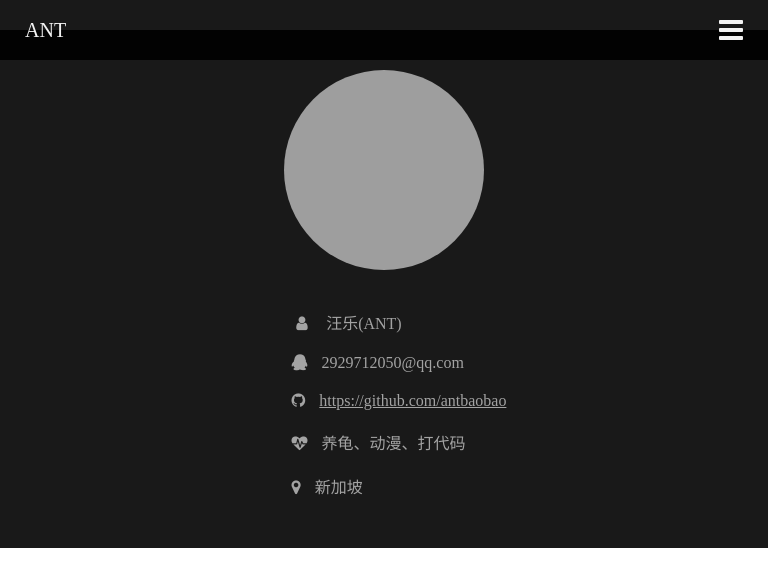
Repository: wl05/AntVueBlogFront
Page: /#/about
An editor plug-in stored every save of this project. The page is shown before and after the next save, followed by the edit.
The browser window is 768 px wide. The pictures show the whole page.
Pictures or frames that could not be fetched are drawn as grey boxes. The project was rebuilt for these pictures with package versions that can differ from the ones it lists, and the page was loaded fresh each time. Also part of the build but not shown: src/layout/Sider.vue, src/layout/Footer.vue.

Above is the page before, as saved 2018-11-24 13:45:29.

### index.html
<!DOCTYPE html>
<html>

<head>
    <meta charset="utf-8">
    <meta name="viewport" content="width=device-width,initial-scale=1.0">
    <title>Ant blog</title>
    <link rel="stylesheet" type="text/css" href="./static/particles.css">
</head>

<body>
    <div id="app">
        <!-- particles.js container -->
    </div>
    <!-- <div id="particles-js"> -->
    </div>
    <!-- built files will be auto injected -->
</body>
<!--<script src="https://unpkg.com/headroom.js"></script>-->
<script src="https://cdn.jsdelivr.net/npm/particles.js@2.0.0/particles.min.js"></script>
<script>
    // window.onload = function() {
    //     particlesJS('particles-js', {
    //         "particles": {
    //             "number": {
    //                 "value": 160,
    //                 "density": {
    //                     "enable": true,
    //                     "value_area": 800
    //                 }
    //             },
    //             "color": {
    //                 "value": "#222222"
    //             },
    //             "shape": {
    //                 "type": "circle",
    //                 "stroke": {
    //                     "width": 0,
    //                     "color": "#000000"
    //                 },
    //                 "polygon": {
    //                     "nb_sides": 5
    //                 },
    //                 "image": {
    //                     "src": "img/github.svg",
    //                     "width": 100,
    //                     "height": 100
    //                 }
    //             },
    //             "opacity": {
    //                 "value": 1,
    //                 "random": true,
    //                 "anim": {
    //                     "enable": true,
    //                     "speed": 1,
    //                     "opacity_min": 0,
    //                     "sync": false
    //                 }
    //             },
    //             "size": {
    //                 "value": 3,
    //                 "random": true,
    //                 "anim": {
    //                     "enable": false,
    //                     "speed": 4,
    //                     "size_min": 0.3,
    //                     "sync": false
    //                 }
    //             },
    //             "line_linked": {
    //                 "enable": false,
    //                 "distance": 150,
    //                 "color": "#222222",
    //                 "opacity": 0.4,
    //                 "width": 1
    //             },
    //             "move": {
    //                 "enable": true,
    //                 "speed": 1,
    //                 "direction": "none",
    //                 "random": true,
    //                 "straight": false,
    //                 "out_mode": "out",
    //                 "bounce": false,
    //                 "attract": {
    //                     "enable": false,
    //                     "rotateX": 600,
    //                     "rotateY": 600
    //                 }
    //             }
    //         },
    //         "interactivity": {
    //             "detect_on": "canvas",
    //             "events": {
    //                 "onhover": {
    //                     "enable": true,
    //                     "mode": "bubble"
    //                 },
    //                 "onclick": {
    //                     "enable": true,
    //                     "mode": "repulse"
    //                 },
    //                 "resize": true
    //             },
    //             "modes": {
    //                 "grab": {
    //                     "distance": 400,
    //                     "line_linked": {
    //                         "opacity": 1
    //                     }
    //                 },
    //                 "bubble": {
    //                     "distance": 250,
    //                     "size": 0,
    //                     "duration": 2,
    //                     "opacity": 0,
    //                     "speed": 3
    //                 },
    //                 "repulse": {
    //                     "distance": 400,
    //                     "duration": 0.4
    //                 },
    //                 "push": {
    //                     "particles_nb": 4
    //                 },
    //                 "remove": {
    //                     "particles_nb": 2
    //                 }
    //             }
    //         },
    //         "retina_detect": true
    //     })
    // }
</script>

</html>

### src/main.js
// The Vue build version to load with the `import` command
// (runtime-only or standalone) has been set in webpack.base.conf with an alias.
import Vue from 'vue'
import App from './App'
import router from './router'
import store from './store'
import ElementUI from 'element-ui'
import 'element-ui/lib/theme-chalk/index.css'
import 'font-awesome/scss/font-awesome.scss'
import './index.css'
Vue.use(ElementUI)
Vue.config.productionTip = false

/* eslint-disable no-new */
new Vue({
  el: '#app',
  router,
  store,
  components: { App },
  template: '<App/>'
})

### src/App.vue
<template>
    <div id="app">
        <Layout/>
    </div>
</template>

<script>
import Layout from '@/layout'
export default {
  name: 'App',
  components: {
    Layout
  }
}
</script>

<style>
#app {
  /*font-family: 'Avenir', Helvetica, Arial, sans-serif;*/
  /*-webkit-font-smoothing: antialiased;*/
  /*-moz-osx-font-smoothing: grayscale;*/
  /*text-align: center;*/
  /*color: #2c3e50;*/
  /*margin-top: 60px;*/
}
</style>

### src/router/index.js
import Vue from 'vue'
import Router from 'vue-router'

Vue.use(Router)
export default new Router({
  routes: [{
    path: '/',
    name: 'HelloWorld',
    component: () =>
                import('@/views/articles/list')
  },
  {
    path: '/article/detail/:id',
    name: 'Detail',
    component: () =>
                import('@/views/articles/detail')
  },
  {
    path: '/about',
    name: 'AboutMe',
    component: () =>
                import('@/views/about/about')
  },
  {
    path: '/tags',
    name: 'Tags',
    component: () =>
                import('@/views/tags/tags')
  },
  {
    path: '/tags/:id',
    name: 'TagsItem',
    component: () =>
                import('@/views/tags/tagsItem')
  },
  {
    path: '/categories',
    name: 'Categories',
    component: () =>
                import('@/views/categories/categories')
  },
  {
    path: '/categories/:id',
    name: 'CategoryItem',
    component: () =>
                import('@/views/categories/categoryItem')
  },
  {
    path: '/archives',
    name: 'Archives',
    component: () =>
                import('@/views/archives/archives')
  }

  ]
})

### src/store/index.js
import Vue from 'vue'
import Vuex from 'vuex'
import helloWorld from './modules/helloWorld'
import article from './modules/article'
Vue.use(Vuex)

export default new Vuex.Store({
    modules: {
        helloWorld,
        article
    }
})

### src/index.css
* {
    margin: 0;
    padding: 0;
    -webkit-font-smoothing: antialiased;
}

.el-pagination__total {
    color: rgba(255, 255, 255, 0.6);
}

.el-pagination button:disabled {
    background-color: transparent;
    color: rgba(255, 255, 255, 0.2);
}

.el-pagination button:disabled:hover {
    color: rgba(255, 255, 255, 0.2);
}

.el-pagination .btn-next, .el-pagination .btn-prev {
    background: transparent;
    color: rgba(255, 255, 255, 0.6);
}

.el-pagination .btn-next:hover, .el-pagination .btn-prev:hover {
    color: rgba(255, 255, 255, 0.9);;
}

.el-pager li {
    background: transparent;
    color: rgba(255, 255, 255, 0.6);
}

.el-pager li.active {
    color: rgba(255, 255, 255, 0.9);;
}

.el-pager li:hover {
    color: rgba(255, 255, 255, 0.9);;
}

@media screen and (max-width: 768px) {
    .el-dropdown-menu {
        width: 100% !important;
        left: 0 !important;
        border: none;
        background-color: rgba(0, 0, 0, 0.9);
        border-top: 2px solid white;
        top: 47px !important;
        border-top-left-radius: 0;
        border-top-right-radius: 0;
    }



    .el-dropdown-menu__item:focus, .el-dropdown-menu__item:not(.is-disabled):hover {
        color: inherit;
        background-color: rgba(255, 255, 255, 0.9);
    }
    .el-popper .popper__arrow::after{
        content: none;
    }

}

### src/layout/index.vue
<template>
    <div class="container" ref="particles">
        <el-container>
            <el-header id="header">
                <Header/>
            </el-header>
            <el-container ref="el-container" class="content-el-container">
                <el-main>
                    <div class="content-container">
                        <router-view/>
                    </div>
                </el-main>
                <!--<el-footer>-->
                <!--<Footer/>-->
                <!--</el-footer>-->
            </el-container>
        </el-container>
    </div>

</template>

<script>
import Header from './Header.vue'
import Sider from './Sider.vue'
import Footer from './Footer.vue'

export default {
  name: 'Layout',
  data () {
    return {
      headroom: null
    }
  },
  methods: {},

  components: {
    Header,
    Sider,
    Footer
  },
  mounted () {

  },
  beforeDestroy () {

  }
}
</script>
<style lang="scss" scoped rel="stylesheet/scss">
    .el-header {
        padding: 0;
        background: rgba(0, 0, 0, 0.9);
        width: 100%;
        position: fixed;
        z-index: 10000;
        color: rgba(0, 0, 0, 1);
        height: auto;

    }

    .container {
        /*background: url("../assets/background.jpg") no-repeat;*/
        // background-size: 100% 100%;
        // height: 100vh;
        // overflow: scroll
    }

    .content-container {
        margin: 0 auto;
    }

    .el-main {
        padding: 0;
    }

    .el-footer {
        background: rgba(0, 0, 0, 0.9);
    }

    .content-el-container {
        // margin-top: 45px;
    }

    @media screen and (max-width: 768px) {
        .content-el-container {
            // margin-top: 31px;
        }
    }
</style>

### src/views/about/about.vue
<template lang="html">
    <div class="about-container-wrap">
        <div class="about-container">
            <img
                class="about-item avatar"
                width="200"
                height="200"
                :src="avatarUrl"
            />
            <div class="about-item-container">
                <p class="about-item">
                    <span class="icon fa fa-fw fa-user"></span> 汪乐(ANT)
                </p>

                <p class="about-item">
                    <span class="icon fa fa-qq"></span> 2929712050@qq.com
                </p>
                <p class="about-item">
                    <span class="icon fa fa-github"></span> <a class="github-url" href="https://github.com/antbaobao">
                    https://github.com/antbaobao</a>
                </p>
                <p class="about-item">
                    <span class="icon fa fa-heartbeat"></span> 养龟、动漫、打代码
                </p>
                <p class="about-item">
                    <span class="icon fa fa-map-marker"></span> 新加坡
                </p>
            </div>

        </div>
    </div>

</template>

<script>
import avatarUrl from '@/assets/about.jpeg'

export default {
  components: {},
  data () {
    return {
      avatarUrl
    }
  },
  computed: {},
  mounted () {
  },
  methods: {}
}
</script>
<style rel="stylesheet/scss" lang="scss" scoped>
    .about-container-wrap {
        width: 100%;
        color: rgba(255, 255, 255, 0.6);
        .about-container {
            margin: 30px auto 0;
            background: rgba(0, 0, 0, 0.9);
            padding: 40px;
            border-radius: 5px;
            display: flex;
            flex-direction: row;
            max-width: 800px;
            justify-content: space-around;
            .about-item-container {
                display: flex;
                flex-direction: column;
                align-items: flex-start;
                padding-left: 30px;
                .about-item {
                    padding: 10px;
                    .icon {
                        margin-right: 10px;
                    }
                    .github-url {
                        color: rgba(255, 255, 255, 0.6);
                    }
                }
            }

            .avatar {
                border-radius: 100%;
            }
        }
    }

    @media screen and (max-width: 768px) {
        .about-container-wrap {
            .about-container {
                flex-direction: column;
                align-items: center;
                padding: 40px 10px;
                border-radius: 0;
                .about-item-container {
                    margin-top: 30px;
                }
            }
        }
    }
</style>

### src/store/modules/helloWorld.js
import * as types from '../types'

/**
 * App通用配置
 */
const state = {
    data: 'hello world',
    count1: 1,
    count2: 2
}

const actions = {
    // setLoadingState({commit}, status) {
    //     commit(types.COM_LOADING_STATUS, status)
    // },

}

const getters = {
    count: state => state.count1 + state.count2
        // showToast : state => state.showToast,
        // showAlert : state => state.showAlert
}
const mutations = {
    [types.HELLO_WORLD](state, status) {
        state.loading = status
    }
}
export default {
    state,
    actions,
    getters,
    mutations
}

### src/store/modules/article.js
import { fetchArticle } from '@/api/article'

const article = {
    namespaced: true,
    state: {
        // articleList: null,
        // count: 0
    },
    mutations: {
        // SET_ARTICLE_LIST: (state, articleList) => {
        //     state.articleList = articleList
        // },
        // SET_COUNT: (state, count) => {
        //     state.count = count
        // }
    },
    actions: {
        // // 获取用户信息
        // FetchArticle({ commit, state }, condition) {
        //     console.log(condition)
        //     return new Promise((resolve, reject) => {
        //         fetchArticle(condition).then(response => {
        //             const data = response.data
        //             if (data.code) {
        //                 reject(response)
        //             } else {
        //                 commit('SET_ARTICLE_LIST', data.data.article)
        //                 commit('SET_COUNT', data.data.count)
        //                 resolve(response)
        //             }
        //         }).catch(error => {
        //             reject(error)
        //         })
        //     })
        // }
    }
}

export default article

### src/layout/Header.vue
<template>
    <div class="header-container-wrap">
        <header class="header-container">
            <a
                class="blog-title-container"
                @click="$router.push('/')"
            >
                <span class="blog-title">
                    ANT
                    <!--<img class="logo-img" :src="logoImgUrl"/>-->
                </span>
            </a>

            <a class="native-bar">
                <el-dropdown trigger="click">
                    <span class="fa fa-bars"></span>
                    <el-dropdown-menu slot="dropdown">
                        <el-dropdown-item>
                            <a
                                @click="$router.push({path:'/categories'})"
                                class="menu-item-text"
                            >
                                <span class="fa fa-fw fa-th"></span>
                                分类
                            </a>
                        </el-dropdown-item>
                        <el-dropdown-item>
                            <a @click="$router.push({path:'/archives'})" class="menu-item-text">
                                <span class="fa fa-fw fa-archive"></span>
                                归档
                            </a>
                        </el-dropdown-item>
                        <el-dropdown-item>
                            <a @click="$router.push({path:'/tags'})" class="menu-item-text">
                                <span class="fa fa-fw fa-tags"></span>
                                标签
                            </a>
                        </el-dropdown-item>
                        <el-dropdown-item>
                            <a @click="$router.push({path:'/about'})" class="menu-item-text">
                                <span class="fa fa-fw fa-user"></span>
                                关于我
                            </a>
                        </el-dropdown-item>
                    </el-dropdown-menu>
                </el-dropdown>
            </a>

            <div class="menu-container">
                <el-menu
                    class="el-menu-demo"
                    mode="horizontal"
                    :default-active="index"
                    @select="handleSelect"

                >
                    <el-menu-item index="/categories">
                        <a class="menu-item-text">
                            <span class="fa fa-fw fa-th"></span>
                            分类
                        </a>
                    </el-menu-item>
                    <el-menu-item index="/archives">
                        <a class="menu-item-text">
                            <span class="fa fa-fw fa-archive"></span>
                            归档
                        </a>
                    </el-menu-item>
                    <el-menu-item index="/tags">
                        <a class="menu-item-text">
                            <span class="fa fa-fw fa-tags"></span>
                            标签
                        </a>
                    </el-menu-item>
                    <el-menu-item index="/about">
                        <a class="menu-item-text">
                            <span class="fa fa-fw fa-user"></span>
                            关于我
                        </a>
                    </el-menu-item>
                </el-menu>
            </div>
        </header>
    </div>

</template>

<script>
import logoImgUrl from '@/assets/logo.png'

export default {
  name: 'Header',
  data () {
    return {
      tabPosition: 'top',
      logoImgUrl,
      index: {...this.$router.history.current}.path
    }
  },
  mounted () {
    // console.log('this.$router.history', this.$router.history, '\n')
    console.log('this.$router.history.current.path', this.$router.history.current)
  },
  computed: {},
  methods: {
    handleSelect (key, keyPath) {
      this.$router.push({path: key})
    }
  }
}
</script>
<style lang="scss" scoped rel="stylesheet/scss">
    .header-container-wrap {
        .header-container {
            display: flex;
            max-width: 900px;
            margin: 0 auto;
            flex-direction: row;
            align-items: center;
            justify-content: space-between;
            height: 60px;
            .menu-item-text {
                text-decoration: none;
            }
            .blog-title-container {
                color: rgba(255, 255, 255, 0.95);
                cursor: pointer;
                font-size: 20px;
                .logo-img {
                    width: 131px;
                    height: 57px;
                }
            }
            .blog-title-container:hover {
                color: rgba(255, 255, 255, 0.6);
            }
            .native-bar {
                display: none;

            }
            .native-bar:hover {
                cursor: pointer;
            }
            .el-menu::after {
                content: none;
            }
            .el-menu-item {
                background-color: rgba(0, 0, 0, 0.9);
            }
            .el-menu-item:hover {
                color: rgba(255, 255, 255, 0.95);
            }
            .el-menu--horizontal > .el-menu-item.is-active {
                color: rgba(255, 255, 255, 0.95);
                border-bottom: none;
            }
            .el-menu--horizontal > .el-menu-item {
                height: auto;
                line-height: inherit;
                border-bottom: 0;
                background-color: transparent;
            }
            .el-menu.el-menu--horizontal {
                border-bottom: none;
            }
            .header-container-wrap .header-container {
                background-color: transparent;
            }

        }

        @media screen and (max-width: 768px) {
            .header-container {
                /*flex-direction: column;*/
                /*justify-content: space-between;*/
                padding: 0 25px;
                .native-bar {
                    display: block;

                }
                .fa-bars {
                    color: rgba(255, 255, 255, 0.95);
                    font-size: 28px;
                }
                .menu-container {
                    display: none;
                }

            }

        }
    }

</style>

### src/api/article.js
import _request from '@/utils/request'

export function fetchArticle (params) {
	return _request.get('/articles', params)
}

export function getArticleDetail (id) {
	return _request.get(`/articles/${id}`)
}

export function getArticlesByTag (id) {
	return _request.get(`/articles/tags/${id}`)
}

export function getArticlesByCategory (id) {
	return _request.get(`/articles/category/${id}`)
}

### src/store/types.js
export const HELLO_WORLD = 'HELLO_WORLD'

### src/utils/request.js
import axios from 'axios'
import queryString from 'query-string'
// import { getToken } from './auth'

axios.defaults.timeout = 6000

const HTTP_HEADER = {
    'Content-Type': 'application/json'
}

class _request {
    async get(url, params) {
        url = params ? `${url}?${queryString.stringify(params)}` : `${url}`

        let config = {
            url: `${process.env.GATEWAY}${url}`,
            method: 'get',
            headers: {...HTTP_HEADER }
        }
        // if (getToken()) {
        //     config.headers['authorization'] = `Bearer ${getToken()}`
        // }
        const result = await axios(config)
        return result
    }

    async post(url, params) {
        let config = {
            method: 'post',
            url: process.env.GATEWAY + url,
            headers: HTTP_HEADER,
            data: JSON.stringify(params)
        }

        // if (getToken()) {
        //     config.headers['authorization'] = `Bearer ${getToken()}`
        // }

        const result = await axios(config)
        return result
    }

    async put(url, params) {
        let config = {
            method: 'put',
            url: process.env.GATEWAY + url,
            headers: HTTP_HEADER,
            data: JSON.stringify(params)
        }

        // if (getToken()) {
        //     config.headers['authorization'] = `Bearer ${getToken()}`
        // }

        const result = await axios(config)
        return result
    }

    async delete(url, params) {
        let config = {
            method: 'delete',
            url: process.env.GATEWAY + url,
            headers: HTTP_HEADER,
            data: JSON.stringify(params)
        }

        // if (getToken()) {
        //     config.headers['authorization'] = `Bearer ${getToken()}`
        // }

        const result = await axios(config)
        return result
    }

    async upload(url, formData, progressEvent, successEvent, failEvent) {
        let config = {
            method: 'post',
            url: process.env.GATEWAY + url,
            headers: HTTP_HEADER,
            data: JSON.stringify(params)
        }
				//
        // if (getToken()) {
        //     config.headers['authorization'] = `Bearer ${getToken()}`
        // }
        let result = await axios({
            method: 'post',
            url: url,
            headers: process.env.HTTP_HEADER,
            data: formData,
            withCredentials: true,
            axiosConfig
        })

        return result
    }
}

const request = new _request()
export default request

### static/particles.css
canvas {
    display: block;
    vertical-align: bottom;
    /*position: absolute;*/
    /*top: 0;*/
    /*z-index: -2;*/
}


/* ---- particles.js container ---- */

#particles-js {
    position: absolute;
    width: 100%;
    height: 100%;
    /*background-color: #dddddd;*/
    /* background-image: url("./background.jpg"); */
    /* background-repeat: no-repeat; */
    /* background-size: cover; */
    /* background-position: 50% 50%; */
    top: 0;
    z-index: -1;
    overflow: scroll;
}

After the next save:
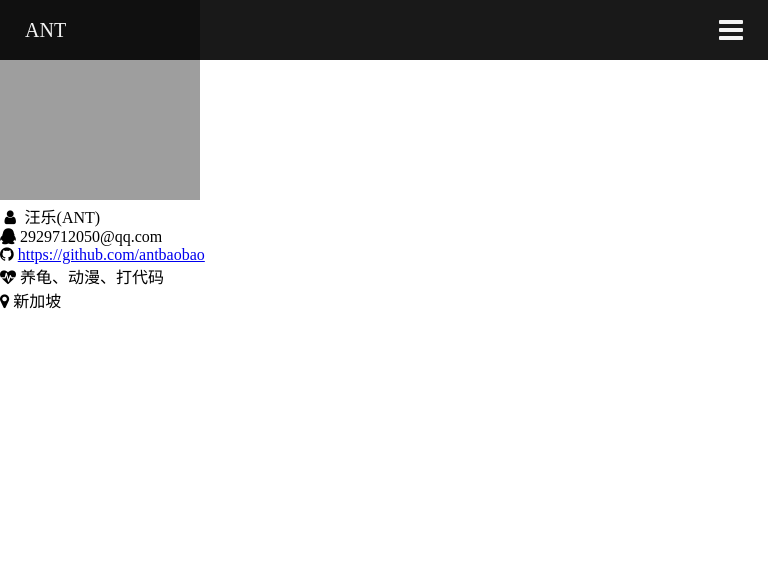
Saved 39 s later.
--- a/src/views/about/about.vue
+++ b/src/views/about/about.vue
@@ -49,6 +49,12 @@ export default {
 }
 </script>
 <style rel="stylesheet/scss" lang="scss" scoped>
+.index {
+  background: url("../../assets/001.jpg") no-repeat;
+  height: 100vh;
+  background-size: 100%;
+  overflow: scroll;
+  padding-top: 45px;
     .about-container-wrap {
         width: 100%;
         color: rgba(255, 255, 255, 0.6);
@@ -82,8 +88,10 @@ export default {
             }
         }
     }
-
+}
     @media screen and (max-width: 768px) {
+      .index{
+        padding-top:31px;
         .about-container-wrap {
             .about-container {
                 flex-direction: column;
@@ -95,5 +103,6 @@ export default {
                 }
             }
         }
+      }
     }
 </style>
